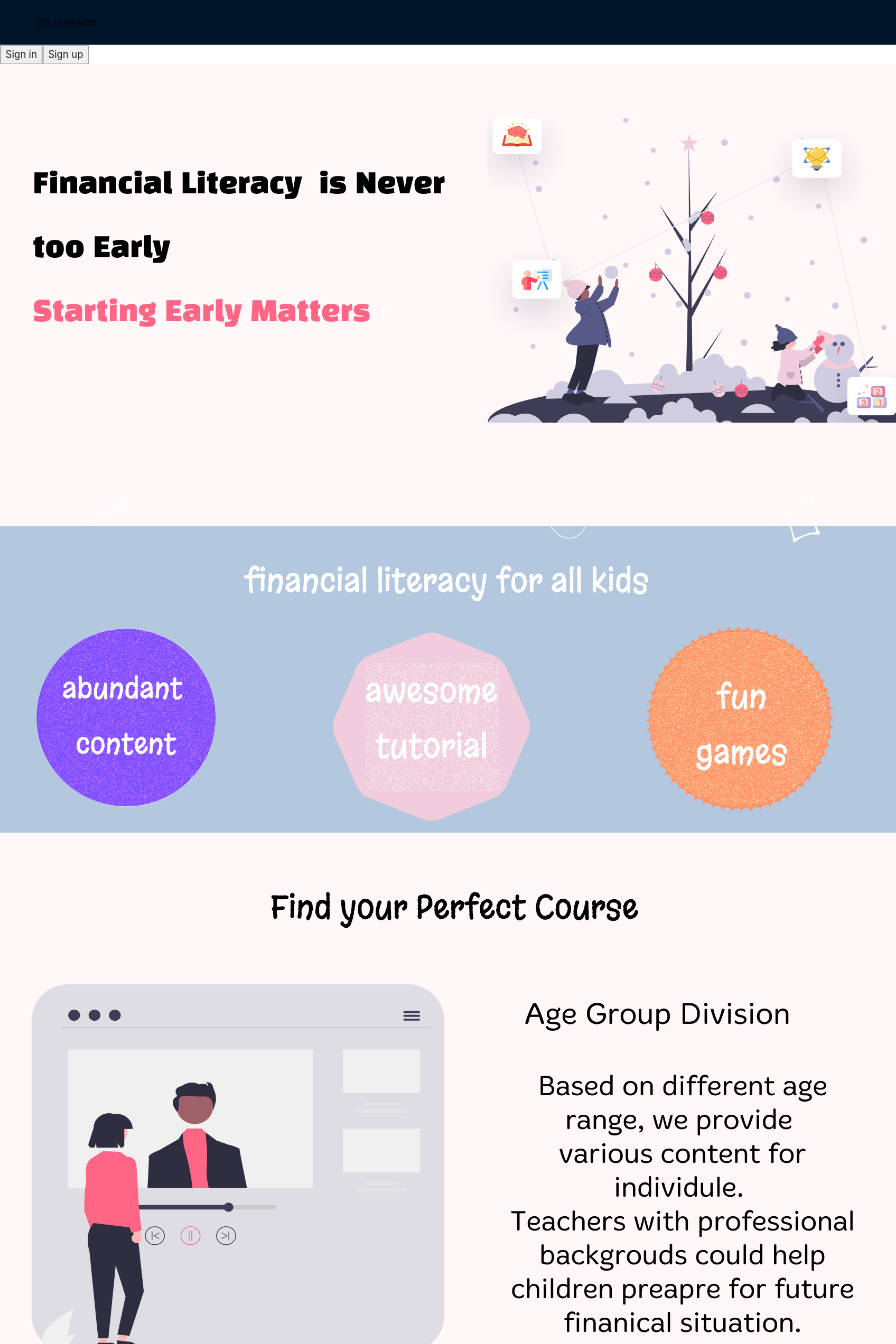
Repository: Zoe-XJ-Zhang/Goldilocks
Page: /
These files come from the project's save history. The page is drawn as it stood at one moment and after the next save; the edit follows.
The browser window is 1280 px wide. The pictures show the part of the page from y = 0 to 1920 px (the page is 2803 px tall before and 720 px after), at 70% of full size.
The project was rebuilt for these pictures with package versions that can differ from the ones it lists, and the page was loaded fresh each time. Also part of the build but not shown: src/page/roadmapPage/roadmapPage.js, src/page/aboutPage/aboutPage.js.

Above is the page before, as saved 2022-08-31 15:05:06.

After the next save:
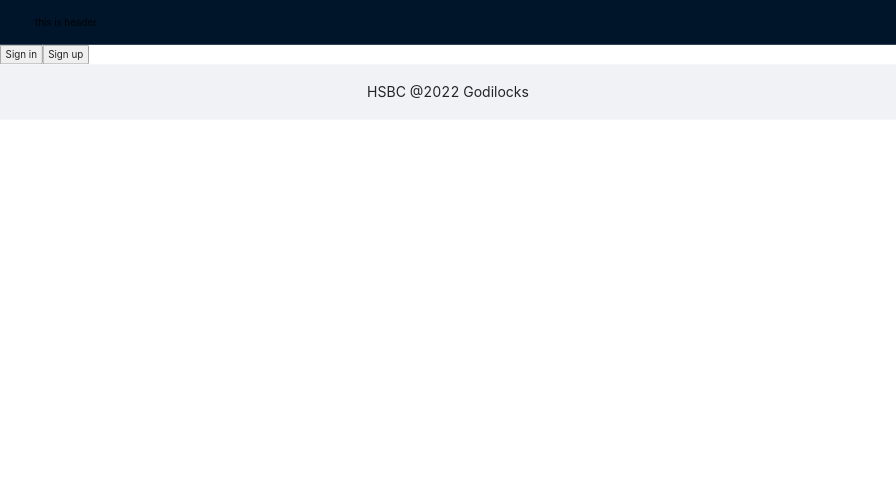
Saved 9 s later.
--- a/src/page/homePage/homePage.js
+++ b/src/page/homePage/homePage.js
@@ -6,7 +6,7 @@ const HomePage = () => {
     return (<div className='homepage'>
         <button className='signin'>Sign in</button><button className='signout'>Sign up</button>
         {/* <Image src={homepage}  alt="asd" title="QW"></Image> */}
-        <img src={homepage} alt="" />
+        {/* <img src={homepage} alt="" /> */}
     </div>);
 
 };
